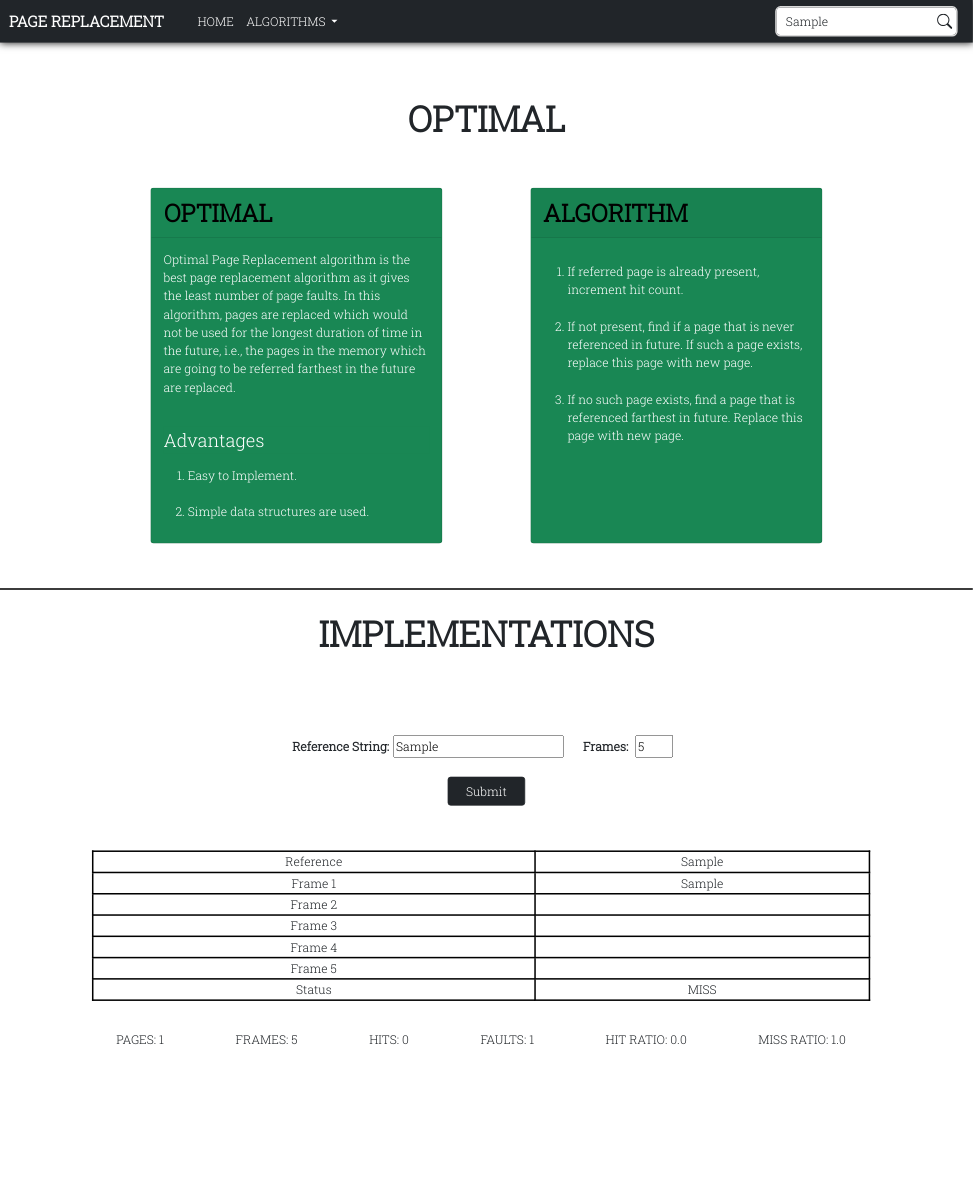
Repository: nusuranur/Page-Replacement-Algorithms-Simulator2.0
Page: Page-Replacement-Algorithms-Simulator-master/optimal.html
An editor plug-in stored every save of this project. The page is shown before and after the next save, followed by the edit.
The browser window is 1280 px wide. The pictures show the whole page, at 76% of full size.
Empty fields were first filled with sample values (such as "Sample", 5 or name@example.com).
After loading, the first visible `#submit` was clicked once.

Above is the page before, as saved 2025-08-05 18:00:47.

### Page-Replacement-Algorithms-Simulator-master/optimal.html
<!DOCTYPE html>
<html lang="en">

<head>
    <meta charset="UTF-8">
    <meta http-equiv="X-UA-Compatible" content="IE=edge">
    <meta name="viewport" content="width=device-width, initial-scale=1.0">
    <title>OS LAB SIMULATOR</title>
    <link rel="stylesheet" href="css/bootstrap.css" type="text/css">
    <link href="https://fonts.googleapis.com/css2?family=Roboto+Slab:wght@300&display=swap" rel="stylesheet">
    <link rel="stylesheet" href="css/animate.css" type="text/css">
    <link rel="stylesheet" type="text/css" href="css/style.css">
    <style>
        table,
        tr,
        td {
            border: 2px solid black !important;
        }
        #table {
            width: 80vw;
            margin: 15px;
        }
        #summary {
            display: flex;
            justify-content: space-around;
            align-items: center;
            flex-wrap: wrap;
            flex-direction: row;
        }
    </style>

    <script src="https://cdn.jsdelivr.net/npm/bootstrap@5.0.0-beta2/dist/js/bootstrap.bundle.min.js"
        integrity="sha384-b5kHyXgcpbZJO/tY9Ul7kGkf1S0CWuKcCD38l8YkeH8z8QjE0GmW1gYU5S9FOnJ0"
        crossorigin="anonymous"></script>
    <link href="https://maxcdn.bootstrapcdn.com/font-awesome/4.7.0/css/font-awesome.min.css" rel="stylesheet" />
    <link href="https://cdn.jsdelivr.net/npm/bootstrap@5.0.0-beta3/dist/css/bootstrap.min.css" rel="stylesheet"
        integrity="sha384-eOJMYsd53ii+scO/bJGFsiCZc+5NDVN2yr8+0RDqr0Ql0h+rP48ckxlpbzKgwra6" crossorigin="anonymous">

    <link rel="stylesheet" type="text/css" href="css/style.css">
    <link rel="shortcut icon" type="image/png" href="images/website_logo1.png">
</head>

<body>

    <nav class="navbar sticky-top navbar-expand-lg navbar-dark bg-dark">
        <div class="container-fluid">
            <a class="navbar-brand" href="pagereplacement_index.html">
                <div class="hover-border">PAGE REPLACEMENT</div>
            </a>
            <div class="divider"></div>
            <button class="navbar-toggler" type="button" data-bs-toggle="collapse"
                data-bs-target="#navbarSupportedContent" aria-controls="navbarSupportedContent" aria-expanded="false"
                aria-label="Toggle navigation">
                <span class="navbar-toggler-icon"></span>
            </button>
            <div class="collapse navbar-collapse" id="navbarSupportedContent">
                <ul class="navbar-nav me-auto mb-2 mb-lg-0">
                    <li class="nav-item">
                        <a class="nav-link active" aria-current="page" href="index.html">
                            <div class="hover-border">HOME</div>
                        </a>
                    </li>

                    <li class="nav-item dropdown">
                        <a class="nav-link dropdown-toggle" href="#" id="navbarDropdown" role="button"
                            data-bs-toggle="dropdown" aria-expanded="false">
                            ALGORITHMS
                        </a>
                        <ul class="dropdown-menu dropdown-menu-dark" aria-labelledby="navbarDropdown">
                            <li><a class="dropdown-item" href="./fifo.html">FIFO</a></li>
                            <li><a class="dropdown-item" href="./lifo.html">LIFO</a></li>
                            <li><a class="dropdown-item" href="./lru.html">LRU</a></li>
                            <li><a class="dropdown-item" href="./optimal.html">OPTIMAL</a></li>
                        </ul>
                    </li>


                </ul>

                <div class="d-flex">
                    <div class="dropdown">
                        <input id="search-input" class="form-control me-2 dropdown-toggle" data-bs-toggle="dropdown"
                            aria-expanded="false" placeholder="Type to search...">
                        <ul id="suggestions" class="dropdown-menu dropdown-menu-dark" aria-labelledby="search-button"></ul>
                        <svg xmlns="http://www.w3.org/2000/svg" width="20" height="20" fill="currentColor"
                            class="bi bi-search" viewBox="0 0 16 16" style="position: absolute; right: 15px;">
                            <path
                                d="M11.742 10.344a6.5 6.5 0 1 0-1.397 1.398h-.001c.03.04.062.078.098.115l3.85 3.85a1 1 0 0 0 1.415-1.414l-3.85-3.85a1.007 1.007 0 0 0-.115-.1zM12 6.5a5.5 5.5 0 1 1-11 0 5.5 5.5 0 0 1 11 0z" />
                        </svg>
                    </div>
                </div>
            </div>
        </div>
    </nav>
    <div class="mid-block">
        <div class="mid-heading-wrapper">
            <div class="mid-heading">
                <h1 class="hover-border">OPTIMAL</h1>
            </div>
        </div>
        <div class="mid-cards">
            <div class="card text-white bg-success mb-3" style="max-width: 24rem;">
                <div class="card-header bg-success" style="color:black;font-size: 2rem;font-weight:bold ;">OPTIMAL</div>
                <div class="card-body" style="overflow-y: scroll;">
                    <p class="card-text">Optimal Page Replacement algorithm is the best page replacement algorithm as it
                        gives the least number of page faults. In this algorithm, pages are replaced which would not be
                        used for the longest duration of time in the future, i.e., the pages in the memory which are
                        going to be referred farthest in the future are replaced.</p><br>
                    <div class="card-header bg-success" style="font-size: 1.5rem; padding: 0; border: 0;">Advantages</div>
                    <p class="card-text">
                    <ol>
                        <li>
                            Easy to Implement.
                        </li><br>
                        <li>
                            Simple data structures are used.
                        </li><br>
                        <li>
                            Highly efficient.
                        </li><br>
                    </ol>
                    </p>
                    <div class="card-header bg-success" style="font-size: 1.5rem; padding: 0; border: 0;">Disadvantages
                    </div>
                    <p class="card-text">
                    <ol>
                        <li>
                            Requires future knowledge of the program.
                        </li><br>
                        <li>
                            Time-consuming.
                        </li><br>
                    </ol>
                    </p>
                </div>
            </div>

            <div class="card text-white bg-success mb-3" style="max-width: 24rem;">
                <div class="card-header" style="color:black;font-size: 2rem;font-weight:bold ;">ALGORITHM</div>
                <div class="card-body">
                    <p class="card-text">
                    <ol>
                        <li>
                            If referred page is already present, increment hit count.
                        </li><br>
                        <li>
                            If not present, find if a page that is never referenced in future. If such a page exists,
                            replace this page with new page.
                        </li><br>
                        <li>
                            If no such page exists, find a page that is referenced
                            farthest in future. Replace this page with new page.
                        </li><br>
                    </ol>
                    </p>
                </div>
            </div>
        </div>
    </div>

    <div class="last-block">
        <div class="mid-heading-wrapper">
            <div class="mid-heading">
                <h1 class="hover-border">IMPLEMENTATIONS</h1>
            </div>
        </div>
        <div class="divider" style="height: 10vh;"></div>
        <div id="algo">
            <div class="container"
                style="width: 85vw; height: fit-content; margin-bottom: 10px; display: flex; flex-direction: column; align-items: center; justify-content: center;">
                <div
                    style="display: flex; flex-direction: row; align-items: center; justify-content: center; flex-wrap: wrap;">
                    <div
                        style="margin: 10px; width: fit-content; display: flex; justify-content: center; align-items: center;">
                        <strong>Reference String:</strong>
                        <input class="input" type="text" style="width: 55%; min-width: 225px; margin: 5px;" id="input">
                    </div>
                    <div style="margin: 10px; width: fit-content">
                        <strong>Frames:</strong>
                        <input class="input" type="number" id="frames" style="width:30%; min-width: 50px; margin: 5px;"
                            min=1 max=10>
                    </div>
                </div>
                <button id="submit" type="button" class="btn btn-dark last_button input"
                    style="margin: 10px; min-width: 80px;">Submit</button>
            </div>
            <div style="margin: 10px; width: fit-content;">
                <br>
                <!-- <div id="chartContainer"></div> -->
                <table id="table" class="container text-center"></table>
                <br>
                <div id="summary" class="d-flex justify-content-around font-weight-bold text-uppercase"> </div>
            </div>
        </div>
    </div>
    <br>
    <br>
    <br>


    <script src="js/search.js"></script>
    <script src="js/optimal.js"></script>

</body>

</html>

Loaded but not shown: Page-Replacement-Algorithms-Simulator-master/css/bootstrap.css (library); Page-Replacement-Algorithms-Simulator-master/css/animate.css (library); Page-Replacement-Algorithms-Simulator-master/js/optimal.js (162 lines, source omitted); Page-Replacement-Algorithms-Simulator-master/js/search.js (208 lines, source omitted); Page-Replacement-Algorithms-Simulator-master/css/style.css (1247 lines, source omitted)

After the next save:
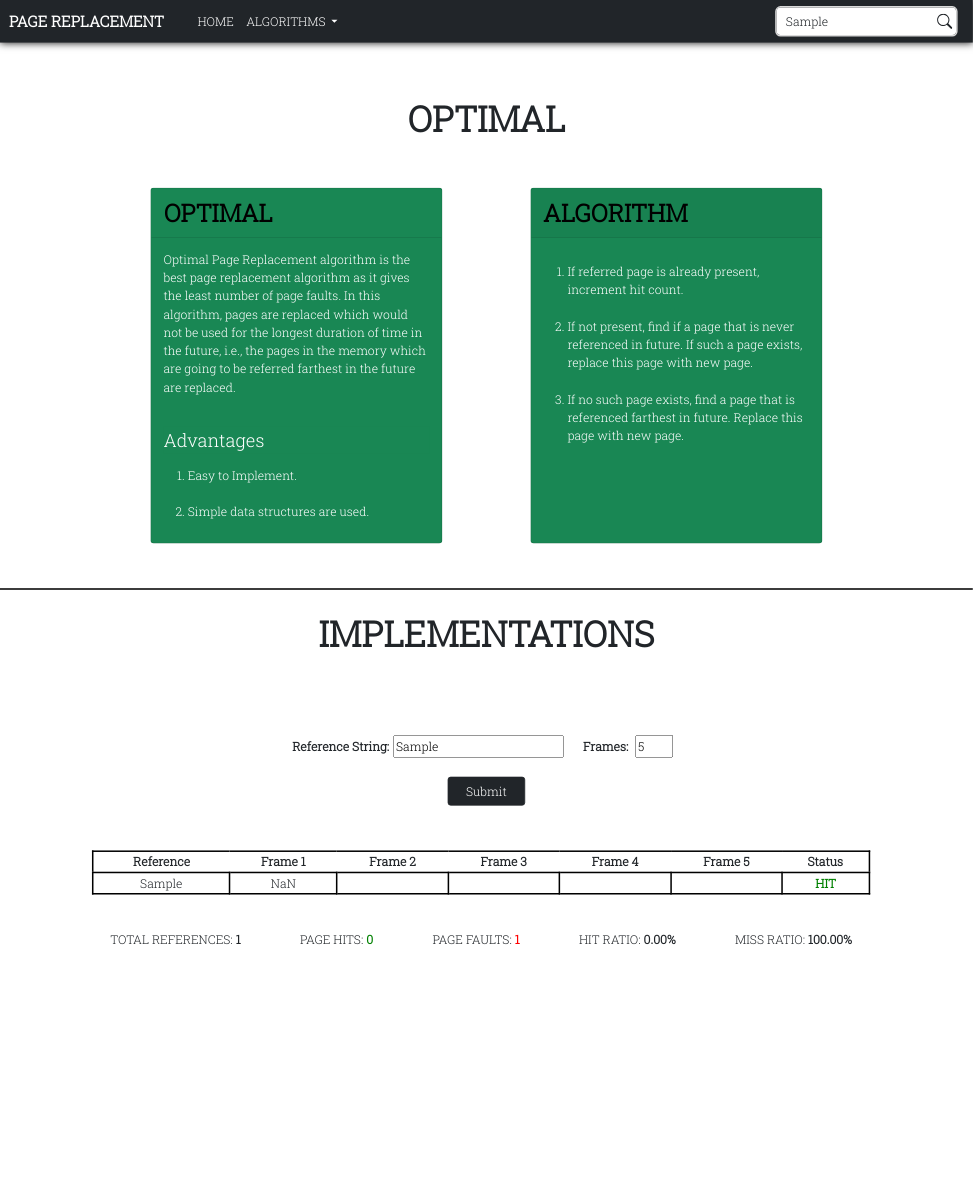
Saved 12 min 7 s later.
--- a/Page-Replacement-Algorithms-Simulator-master/optimal.html
+++ b/Page-Replacement-Algorithms-Simulator-master/optimal.html
@@ -5,7 +5,7 @@
     <meta charset="UTF-8">
     <meta http-equiv="X-UA-Compatible" content="IE=edge">
     <meta name="viewport" content="width=device-width, initial-scale=1.0">
-    <title>OS LAB SIMULATOR</title>
+    <title>OS LAB SIMULATOR - OPTIMAL</title>
     <link rel="stylesheet" href="css/bootstrap.css" type="text/css">
     <link href="https://fonts.googleapis.com/css2?family=Roboto+Slab:wght@300&display=swap" rel="stylesheet">
     <link rel="stylesheet" href="css/animate.css" type="text/css">
@@ -73,8 +73,6 @@
                             <li><a class="dropdown-item" href="./optimal.html">OPTIMAL</a></li>
                         </ul>
                     </li>
-
-
                 </ul>
 
                 <div class="d-flex">
@@ -178,7 +176,7 @@
                     <div style="margin: 10px; width: fit-content">
                         <strong>Frames:</strong>
                         <input class="input" type="number" id="frames" style="width:30%; min-width: 50px; margin: 5px;"
-                            min=1 max=10>
+                            min="1" max="10">
                     </div>
                 </div>
                 <button id="submit" type="button" class="btn btn-dark last_button input"
@@ -186,7 +184,6 @@
             </div>
             <div style="margin: 10px; width: fit-content;">
                 <br>
-                <!-- <div id="chartContainer"></div> -->
                 <table id="table" class="container text-center"></table>
                 <br>
                 <div id="summary" class="d-flex justify-content-around font-weight-bold text-uppercase"> </div>
@@ -199,8 +196,107 @@
 
 
     <script src="js/search.js"></script>
-    <script src="js/optimal.js"></script>
-
+    <script>
+        // Define a class to simulate Optimal page replacement
+        class Optimal {
+            constructor(capacity) {
+                this.capacity = capacity;       // Total number of frames
+                this.frames = new Array(capacity).fill(null); // Array to store frames
+                this.pageFaults = 0;           // Counter for page faults
+                this.pageHits = 0;             // Counter for page hits
+            }
+
+            // Find the page index that will be referenced farthest in the future
+            findFurthestFuture(refString, currentIndex) {
+                let furthestIndex = -1;
+                let maxDistance = -1;
+                for (let i = 0; i < this.frames.length; i++) {
+                    if (this.frames[i] !== null) {
+                        let futureIndex = refString.indexOf(this.frames[i], currentIndex + 1);
+                        if (futureIndex === -1) {
+                            return i; // Page never referenced again, replace it
+                        } else if (futureIndex > maxDistance) {
+                            maxDistance = futureIndex;
+                            furthestIndex = i;
+                        }
+                    }
+                }
+                return furthestIndex !== -1 ? furthestIndex : 0; // Default to first frame if no future reference
+            }
+
+            // Process a page reference
+            refer(refString, index) {
+                let page = parseInt(refString[index]);
+                let searchIndex = this.frames.indexOf(page);
+
+                if (searchIndex !== -1) {
+                    this.pageHits++; // Page hit
+                } else {
+                    this.pageFaults++; // Page fault
+                    if (this.frames.includes(null)) {
+                        // Find first empty frame
+                        searchIndex = this.frames.indexOf(null);
+                        this.frames[searchIndex] = page;
+                    } else {
+                        // Replace the page referenced farthest in the future
+                        let replaceIndex = this.findFurthestFuture(refString, index);
+                        this.frames[replaceIndex] = page;
+                    }
+                }
+                return searchIndex;
+            }
+        }
+
+        // Add event listener to the submit button
+        document.getElementById("submit").addEventListener("click", function () {
+            const refString = document.getElementById("input").value.trim().split(/\s+/);
+            const frameCount = parseInt(document.getElementById("frames").value);
+            const table = document.getElementById("table");
+            const summary = document.getElementById("summary");
+
+            if (refString.length === 0 || isNaN(frameCount) || frameCount <= 0) {
+                alert("Please enter a valid reference string and number of frames.");
+                return;
+            }
+
+            // Clear previous results
+            table.innerHTML = "";
+            summary.innerHTML = "";
+
+            // Create Optimal simulation object
+            let optimal = new Optimal(frameCount);
+
+            // Create table header
+            const headerRow = document.createElement("tr");
+            headerRow.innerHTML = "<th>Reference</th>" +
+                Array(frameCount).fill().map((_, i) => `<th>Frame ${i + 1}</th>`).join("") +
+                "<th>Status</th>";
+            table.appendChild(headerRow);
+
+            // Process each reference
+            refString.forEach((ref, index) => {
+                let searchIndex = optimal.refer(refString, index);
+                let row = document.createElement("tr");
+                let status = searchIndex !== -1 ?
+                    "<span style='color: green; font-weight: bold;'>HIT</span>" :
+                    "<span style='color: red; font-weight: bold;'>MISS</span>";
+
+                row.innerHTML = `<td>${ref}</td>` +
+                    optimal.frames.map(f => `<td>${f !== null ? f : ""}</td>`).join("") +
+                    `<td>${status}</td>`;
+                table.appendChild(row);
+            });
+
+            // Summary
+            summary.innerHTML = `
+                <div class="p-2">Total References: <strong>${refString.length}</strong></div>
+                <div class="p-2">Page Hits: <strong style="color:green">${optimal.pageHits}</strong></div>
+                <div class="p-2">Page Faults: <strong style="color:red">${optimal.pageFaults}</strong></div>
+                <div class="p-2">Hit Ratio: <strong>${((optimal.pageHits / refString.length) * 100).toFixed(2)}%</strong></div>
+                <div class="p-2">Miss Ratio: <strong>${((optimal.pageFaults / refString.length) * 100).toFixed(2)}%</strong></div>
+            `;
+        });
+    </script>
 </body>
 
 </html>
